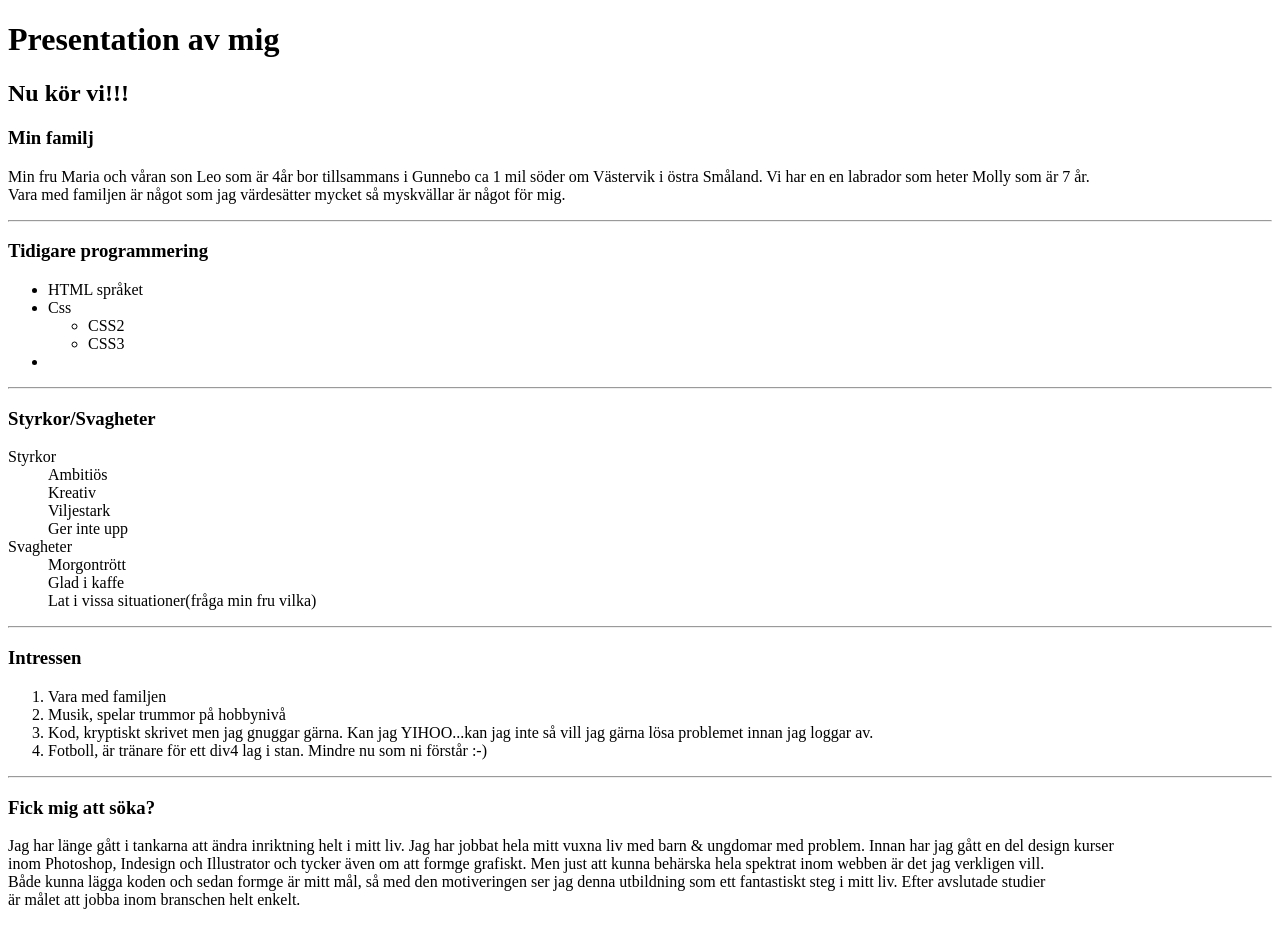
Repository: jt222ia/1ik415-jt222ia-laborationer
Page: pages/presentation.html
The author's editor kept a record of every edit. The page is drawn from the files as they stood at one moment, then again after the next edit.
The browser window is 1280 px wide. The pictures show the whole page.

Above is the page before.

### pages/presentation.html
<!DOCTYPE html>
<html>
    <head>
        <meta charset="utf-8" />
        <title>Min presentations sida</title>
    </head>

    <body>

    <!-- Nu börjar jag presentationen av mig :-) -->
    <h1>Presentation av mig</h1>

        <h2>Nu kör vi!!!</h2>

            <h3>Min familj</h3>
                    <p> Min fru Maria och våran son Leo som är 4år bor tillsammans i Gunnebo ca 1 mil söder om Västervik i östra Småland.
                    Vi har en en labrador som heter Molly som är 7 år. <br />
                    Vara med familjen är något som jag värdesätter mycket så myskvällar är något för mig.</p>
                    <hr />

            <h3>Tidigare programmering</h3>
                    <ul>
                        <li>HTML språket</li>
                        <li>Css</li>
                        <ul>
                            <li>CSS2</li>
                            <li>CSS3</li>
                        </ul>
                        <li></li>
                    </ul>
                    <hr />

            <h3>Styrkor/Svagheter</h3>
                    <dl>
                        <dt>Styrkor</dt>
                            <dd>Ambitiös</dd>
                            <dd>Kreativ</dd>
                            <dd>Viljestark</dd>
                            <dd>Ger inte upp</dd>

                        <dt>Svagheter</dt>
                            <dd>Morgontrött</dd>
                            <dd>Glad i kaffe</dd>
                            <dd>Lat i vissa situationer(fråga min fru vilka)</dd>
                    </dl>
                    <hr />

            <h3>Intressen</h3>
                        <ol>
                          <li>Vara med familjen</li>
                          <li>Musik, spelar trummor på hobbynivå</li>
                          <li>Kod, kryptiskt skrivet men jag gnuggar gärna. Kan jag YIHOO...kan jag inte så vill jag gärna lösa problemet innan jag loggar av.</li>
                          <li>Fotboll, är tränare för ett div4 lag i stan. Mindre nu som ni förstår :-)</li>
                        </ol>
                    <hr />

            <h3>Fick mig att söka?</h3>
                    <p>Jag har länge gått i tankarna att ändra inriktning helt i mitt liv. Jag har jobbat hela mitt vuxna liv med barn & ungdomar med problem.
                        Innan har jag gått en del design kurser<br /> inom Photoshop, Indesign och Illustrator och tycker även om att formge grafiskt. Men just att kunna behärska
                        hela spektrat inom webben är det jag verkligen vill.<br /> Både kunna lägga koden och sedan formge är mitt mål, så med den motiveringen ser jag denna utbildning
                        som ett fantastiskt steg i mitt liv. Efter avslutade studier<br /> är målet att jobba inom branschen helt enkelt.</p>

     <!-- Nu avslutar jag presentationen av mig. Hoppas det var trevlig läsning -->

    </body>
</html>

After the next edit:
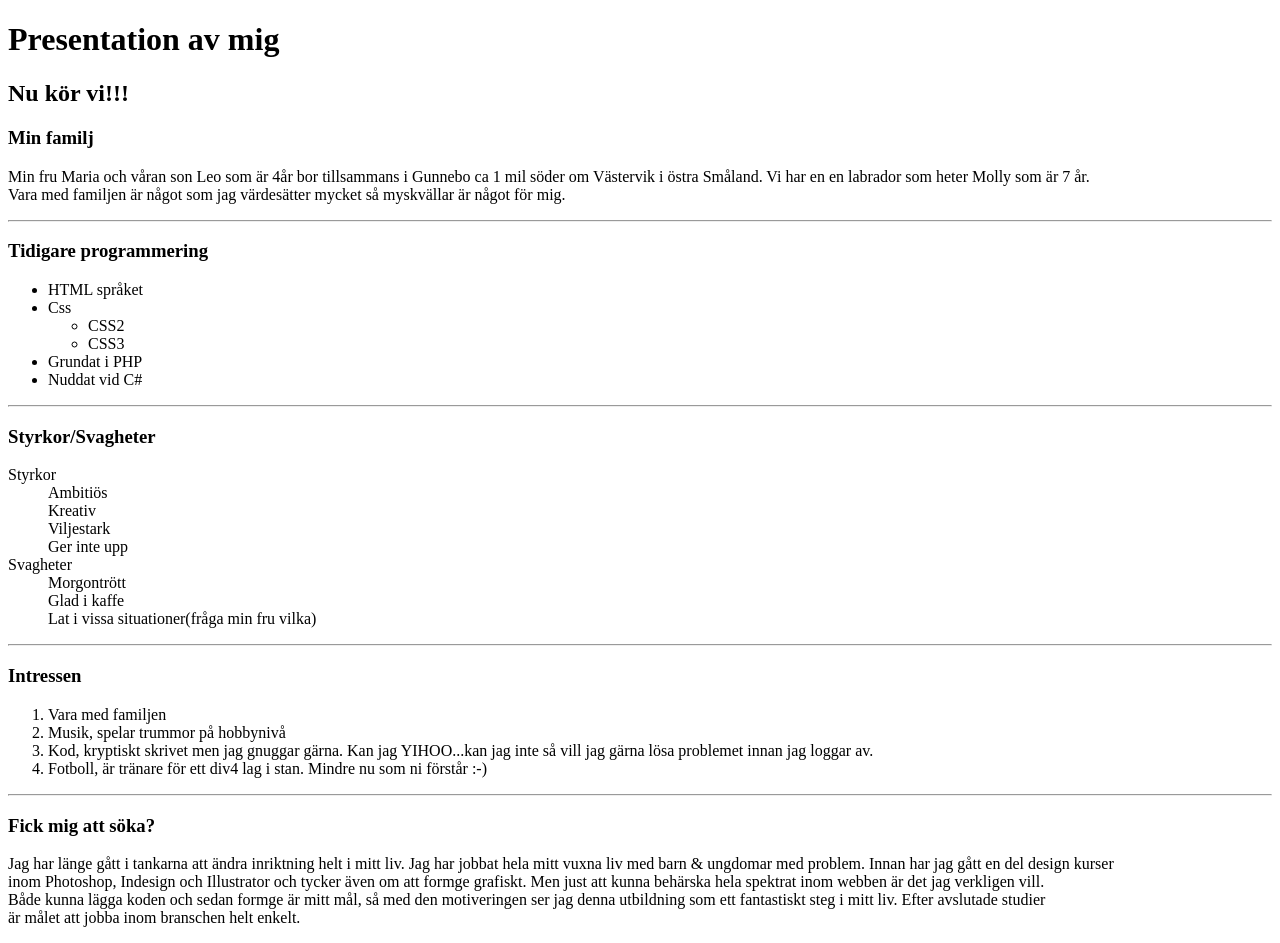
The edit:
--- a/pages/presentation.html
+++ b/pages/presentation.html
@@ -26,7 +26,8 @@
                             <li>CSS2</li>
                             <li>CSS3</li>
                         </ul>
-                        <li></li>
+                        <li>Grundat i PHP</li>
+                        <li>Nuddat vid C#</li>
                     </ul>
                     <hr />
 
